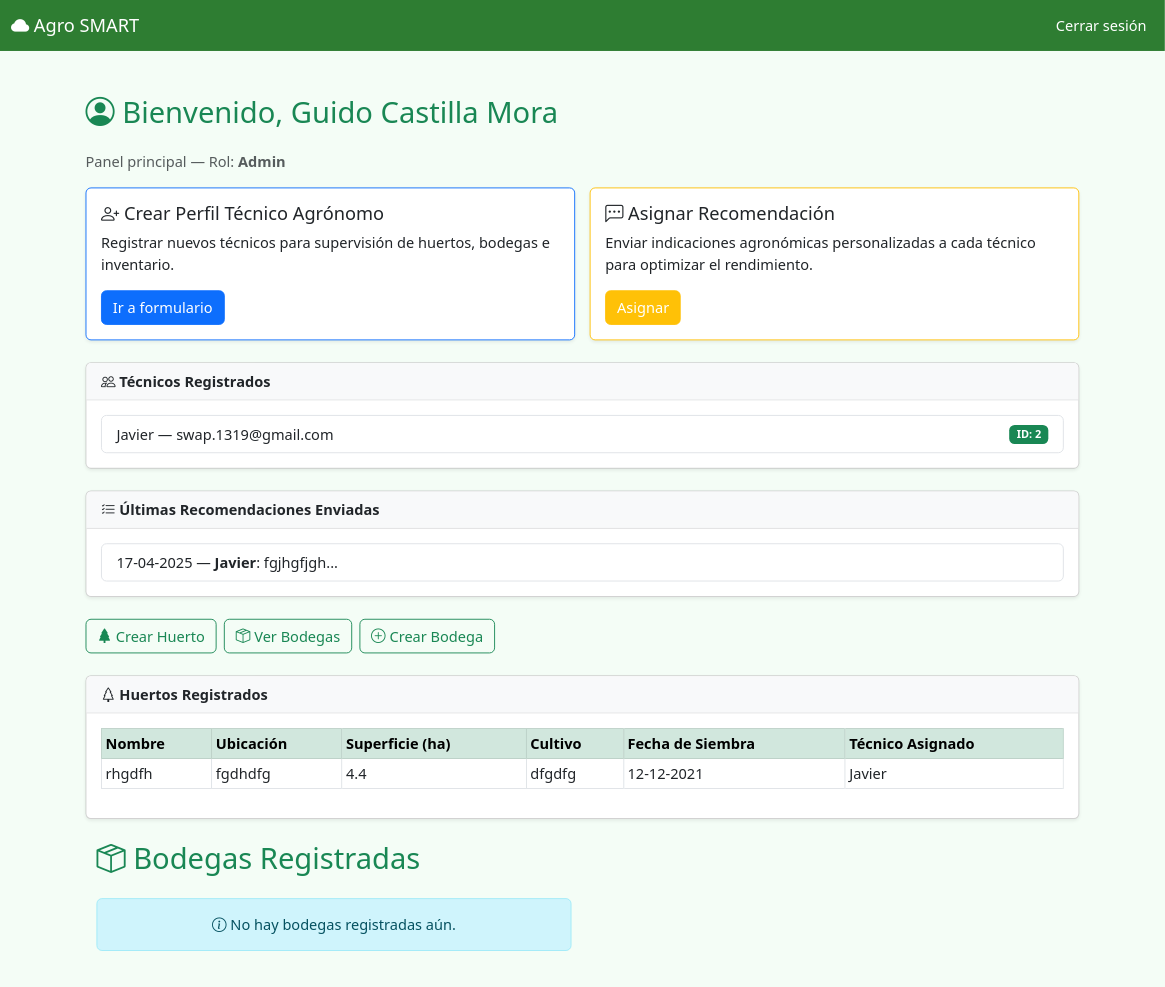
Repository: eikos4/Agrodeskv3
Page: http://localhost/dashboard
The author's editor kept a copy of each file at every save. The page is drawn from the files as they stood at one save, then again after the next save.
The browser window is 1280 px wide. The pictures show the whole page, at 91% of full size.
The page is served by the project's application, run on Flask 3 (app/__init__.py). The user the application loads for id 1 is signed in. Other server files are loaded and not shown. The page reads the database file committed with the project.

Above is the page before, as saved 2025-04-14 11:15:28.

### app/templates/dashboard.html
{% extends "base.html" %}

{% block title %}Panel Principal{% endblock %}

{% block content %}
<div class="container py-4">

  <!-- Título del panel -->
  <h2 class="mb-4 text-success">
    <i class="bi bi-person-circle"></i> Bienvenido, {{ current_user.name }}
  </h2>
  <p class="text-muted">Panel principal — Rol: <strong>{{ current_user.role|capitalize }}</strong></p>

  {% if notificaciones %}
  <!-- Notificaciones -->
  <div class="alert alert-light border-start border-4 border-success shadow-sm mb-4">
    <h5><i class="bi bi-bell-fill text-success"></i> Notificaciones</h5>
    <ul class="mb-0 ps-3">
      {% for n in notificaciones %}
        <li><strong>{{ n.titulo }}</strong> — {{ n.mensaje }} <small class="text-muted">({{ n.fecha.strftime('%d-%m-%Y') }})</small></li>
      {% endfor %}
    </ul>
  </div>
  {% endif %}

  <!-- Panel para Administradores -->
  {% if current_user.role == 'admin' %}
    <div class="row g-3 mb-4">
      <div class="col-md-6">
        <div class="card border-primary shadow-sm h-100">
          <div class="card-body">
            <h5 class="card-title"><i class="bi bi-person-plus"></i> Crear Perfil Técnico Agrónomo</h5>
            <p class="card-text">Registrar nuevos técnicos para supervisión de huertos, bodegas e inventario.</p>
            <a href="{{ url_for('admin.crear_tecnico') }}" class="btn btn-primary">Ir a formulario</a>
          </div>
        </div>
      </div>
      <div class="col-md-6">
        <div class="card border-warning shadow-sm h-100">
          <div class="card-body">
            <h5 class="card-title"><i class="bi bi-chat-left-dots"></i> Asignar Recomendación</h5>
            <p class="card-text">Enviar indicaciones agronómicas personalizadas a cada técnico para optimizar el rendimiento.</p>
            <a href="{{ url_for('admin.recomendar') }}" class="btn btn-warning text-white">Asignar</a>
          </div>
        </div>
      </div>
    </div>

    <!-- Técnicos Registrados -->
    <div class="card mb-4 shadow-sm">
      <div class="card-header bg-light">
        <strong><i class="bi bi-people"></i> Técnicos Registrados</strong>
      </div>
      <div class="card-body">
        <ul class="list-group">
          {% for tecnico in tecnicos %}
            <li class="list-group-item d-flex justify-content-between align-items-center">
              {{ tecnico.name }} — {{ tecnico.email }}
              <span class="badge bg-success">ID: {{ tecnico.id }}</span>
            </li>
          {% else %}
            <li class="list-group-item text-muted">No hay técnicos registrados aún.</li>
          {% endfor %}
        </ul>
      </div>
    </div>

    <!-- Últimas Recomendaciones -->
    <div class="card shadow-sm mb-4">
      <div class="card-header bg-light">
        <strong><i class="bi bi-list-check"></i> Últimas Recomendaciones Enviadas</strong>
      </div>
      <div class="card-body">
        <ul class="list-group">
          {% for r in ultimas_recomendaciones %}
            <li class="list-group-item">
              {{ r.fecha.strftime('%d-%m-%Y') }} — <strong>{{ r.tecnico.name }}</strong>: {{ r.contenido[:60] }}...
            </li>
          {% else %}
            <li class="list-group-item text-muted">Aún no se han enviado recomendaciones.</li>
          {% endfor %}
        </ul>
      </div>
    </div>

    <!-- Acciones Administrativas -->
    <div class="d-flex gap-2 mb-4">
      <a href="{{ url_for('admin.crear_huerto') }}" class="btn btn-outline-success">
        <i class="bi bi-tree-fill"></i> Crear Huerto
      </a>
      <a href="{{ url_for('admin.listar_bodegas') }}" class="btn btn-outline-success">
        <i class="bi bi-box-seam"></i> Ver Bodegas
      </a>
      <a href="{{ url_for('admin.crear_bodega') }}" class="btn btn-outline-success">
        <i class="bi bi-plus-circle"></i> Crear Bodega
      </a>
    </div>

    <!-- Huertos Registrados -->
    <div class="card mt-4 shadow-sm">
      <div class="card-header bg-light">
        <strong><i class="bi bi-tree"></i> Huertos Registrados</strong>
      </div>
      <div class="card-body">
        <div class="table-responsive">
          <table class="table table-bordered table-sm align-middle">
            <thead>
              <tr class="table-success">
                <th>Nombre</th>
                <th>Ubicación</th>
                <th>Superficie (ha)</th>
                <th>Cultivo</th>
                <th>Fecha de Siembra</th>
                <th>Técnico Asignado</th>
              </tr>
            </thead>
            <tbody>
              {% for h in huertos %}
              <tr>
                <td>{{ h.nombre }}</td>
                <td>{{ h.ubicacion }}</td>
                <td>{{ h.superficie_ha }}</td>
                <td>{{ h.tipo_cultivo }}</td>
                <td>{{ h.fecha_siembra.strftime('%d-%m-%Y') }}</td>
                <td>{{ h.responsable.name }}</td>
              </tr>
              {% else %}
              <tr><td colspan="6" class="text-muted">No hay huertos registrados.</td></tr>
              {% endfor %}
            </tbody>
          </table>
        </div>
      </div>
    </div>





  <!-- Panel para Técnicos -->
  {% elif current_user.role == 'tecnico' %}
    <div class="alert alert-success shadow-sm d-flex align-items-center mb-4">
      <i class="bi bi-megaphone fs-3 me-3"></i>
      <div>
        <h5 class="mb-1">Instrucciones Técnicas</h5>
        <p class="mb-0">Tu ingeniero agrónomo ha enviado las siguientes recomendaciones para tu gestión de campo.</p>
      </div>
    </div>

    <h4 class="text-success mb-3"><i class="bi bi-tree"></i> Mis Huertos</h4>
    <div class="row row-cols-1 row-cols-md-2 row-cols-lg-3 g-4">
      {% for h in huertos %}
      <div class="col">
        <div class="card border-success h-100 shadow-sm">
          <div class="card-header bg-success text-white">
            <h5 class="card-title mb-0"><i class="bi bi-tree-fill"></i> {{ h.nombre }}</h5>
          </div>
          <div class="card-body">
            <p><i class="bi bi-geo-alt-fill text-success"></i> <strong>Ubicación:</strong> {{ h.ubicacion }}</p>
            <p><i class="bi bi-flower2 text-success"></i> <strong>Cultivo:</strong> {{ h.tipo_cultivo }}</p>
            <p><i class="bi bi-rulers text-success"></i> <strong>Superficie:</strong> {{ h.superficie_ha }} ha</p>
            <p><i class="bi bi-calendar-check text-success"></i> <strong>Siembra:</strong> {{ h.fecha_siembra.strftime('%d-%m-%Y') }}</p>
          </div>
        </div>
      </div>
      {% else %}
      <div class="col-12">
        <div class="alert alert-info text-center">
          <i class="bi bi-info-circle"></i> No tienes huertos asignados aún.
        </div>
      </div>
      {% endfor %}
    </div>

    <!-- Recomendaciones Recientes -->
    <h4 class="text-success mb-3 mt-5"><i class="bi bi-clipboard-check"></i> Recomendaciones Recientes</h4>
    <div class="list-group shadow-sm">
      {% for r in recomendaciones %}
      <div class="list-group-item list-group-item-action border-start border-success border-4">
        <div class="d-flex w-100 justify-content-between">
          <h6 class="mb-1"><i class="bi bi-calendar-event text-success"></i> {{ r.fecha.strftime('%d-%m-%Y') }}</h6>
          {% if r.autor %}
          <small class="text-muted">Emitida por: {{ r.autor.name }}</small>
          {% endif %}
        </div>
        <p class="mb-1">📌 {{ r.contenido }}</p>
      </div>
      {% else %}
      <div class="list-group-item text-muted text-center">No tienes recomendaciones aún.</div>
      {% endfor %}
    </div>
  {% endif %}

  <!-- Bodegas Asignadas -->
  <div class="container mt-4">
    <h2 class="text-success mb-4"><i class="bi bi-box-seam"></i> Bodegas Registradas</h2>

    <div class="row row-cols-1 row-cols-md-2 g-4">
      {% for bodega in bodegas %}
      <div class="col">
        <div class="card border-success shadow-sm h-100">
          <div class="card-header bg-success text-white d-flex justify-content-between align-items-center">
            <strong><i class="bi bi-house-door-fill"></i> {{ bodega.nombre }}</strong>
            <small>{{ bodega.huerto.nombre }}</small>
          </div>
          <div class="card-body">
            <p><i class="bi bi-geo-alt-fill text-success"></i> <strong>Ubicación:</strong> {{ bodega.ubicacion or "No especificada" }}</p>
            <p><i class="bi bi-person-circle text-success"></i> <strong>Responsable:</strong> {{ bodega.responsable.name if bodega.responsable else 'Sin asignar' }}</p>
            <a href="{{ url_for('admin.ver_quimicos', bodega_id=bodega.id) }}" class="btn btn-outline-success btn-sm mt-2">
              {# <a href="{{ url_for('admin.ver_quimicos', bodega_id=bodega.id) }}">Ver químicos</a> #}

            </a>
          </div>
        </div>
      </div>
      {% else %}
      <div class="col-12">
        <div class="alert alert-info text-center">
          <i class="bi bi-info-circle"></i> No hay bodegas registradas aún.
        </div>
      </div>
      {% endfor %}
    </div>
  </div>

{% endblock %}

### app/templates/base.html
<!DOCTYPE html>
<html lang="es">
<head>
    <meta charset="UTF-8">
    <title>{% block title %}AgroSMART{% endblock %}</title>
    <meta name="viewport" content="width=device-width, initial-scale=1">

    <!-- Bootstrap 5 -->
    <link href="https://cdn.jsdelivr.net/npm/bootstrap@5.3.0/dist/css/bootstrap.min.css" rel="stylesheet">

    <!-- Iconos de Bootstrap -->
    <link href="https://cdn.jsdelivr.net/npm/bootstrap-icons@1.10.5/font/bootstrap-icons.css" rel="stylesheet">

    <style>
        body {
            background-color: #f4fdf6;
        }
        .navbar-agro {
            background-color: #2e7d32; /* Verde oscuro */
        }
        .navbar-agro .nav-link,
        .navbar-agro .navbar-brand {
            color: #ffffff !important;
        }
        .navbar-agro .nav-link:hover {
            color: #c8e6c9 !important;
        }
        .btn-agro {
            background-color: #43a047;
            color: white;
        }
        .btn-agro:hover {
            background-color: #388e3c;
        }
    </style>
</head>
<body>

<nav class="navbar navbar-expand-lg navbar-agro">
  <div class="container-fluid">
    <a class="navbar-brand" href="{{ url_for('main.index') }}">
        <i class="bi bi-cloud-fill"></i> Agro SMART
    </a>
    <button class="navbar-toggler" type="button" data-bs-toggle="collapse" data-bs-target="#navbarNav">
      <span class="navbar-toggler-icon"></span>
    </button>
    <div class="collapse navbar-collapse justify-content-end" id="navbarNav">
      <ul class="navbar-nav">
        {% if current_user.is_authenticated %}
          <li class="nav-item">
            <a class="nav-link" href="{{ url_for('auth.logout') }}">Cerrar sesión</a>
          </li>
        {% endif %}
      </ul>
    </div>
  </div>
</nav>

<div class="container mt-4">
  {% with messages = get_flashed_messages(with_categories=true) %}
    {% if messages %}
      {% for category, message in messages %}
        <div class="alert alert-{{ category }} alert-dismissible fade show" role="alert">
          {{ message }}
          <button type="button" class="btn-close" data-bs-dismiss="alert" aria-label="Close"></button>
        </div>
      {% endfor %}
    {% endif %}
  {% endwith %}

  {% block content %}{% endblock %}
</div>

<!-- Bootstrap JS (opcional para alertas, menú móvil, etc.) -->
<script src="https://cdn.jsdelivr.net/npm/bootstrap@5.3.0/dist/js/bootstrap.bundle.min.js"></script>
</body>
</html>

### app/__init__.py
from flask import Flask, render_template
from flask_sqlalchemy import SQLAlchemy
from flask_login import LoginManager
from flask_migrate import Migrate
import os

db = SQLAlchemy()
login_manager = LoginManager()
migrate = Migrate()

def create_app():
    app = Flask(__name__)

    # Cargar la configuración del objeto Config definido en config.py.
    # Se recomienda usar variables de entorno para datos sensibles.
    app.config.from_object('config.Config')

    # Inicializar extensiones
    db.init_app(app)
    login_manager.init_app(app)
    migrate.init_app(app, db)

    # Configurar el login manager
    login_manager.login_view = "auth.login"        # Ruta o endpoint de la página de login
    login_manager.login_message_category = "info"   # Categoría para mensajes flash

    # Importar los modelos después de inicializar las extensiones para evitar ciclos
    from app.models import User

    @login_manager.user_loader
    def load_user(user_id):
        return User.query.get(int(user_id))

    # Registro de Blueprints
    from .routes.auth import auth_bp
    from .routes.admin import admin_bp
    from .routes.tecnico import tecnico_bp  # type: ignore
    from .routes.main import main_bp

    app.register_blueprint(auth_bp)
    app.register_blueprint(admin_bp)
    app.register_blueprint(tecnico_bp)
    app.register_blueprint(main_bp)

    # Registro de manejadores de errores personalizados
    @app.errorhandler(404)
    def not_found_error(error):
        return render_template("404.html"), 404

    @app.errorhandler(500)
    def internal_error(error):
        # Rollback de la sesión si ocurre un error interno para evitar bloqueos de transacciones
        db.session.rollback()
        return render_template("500.html"), 500

    return app

### app/routes/main.py
from flask import Blueprint, render_template

from app.models import User, Recomendacion, Huerto
from app.models import Bodega

from flask_login import login_required, current_user

main_bp = Blueprint('main', __name__)

@main_bp.route('/')
def index():
    return render_template('index.html')




@main_bp.route('/dashboard')
@login_required
def dashboard():
    if current_user.role == "admin":
        tecnicos = User.query.filter_by(role="tecnico").all()
        ultimas_recomendaciones = Recomendacion.query.order_by(Recomendacion.fecha.desc()).limit(5).all()
        huertos = Huerto.query.order_by(Huerto.fecha_siembra.desc()).all()
        return render_template(
            "dashboard.html",
            tecnicos=tecnicos,
            ultimas_recomendaciones=ultimas_recomendaciones,
            huertos=huertos
        )
    else:
        recomendaciones = Recomendacion.query.filter_by(tecnico_id=current_user.id).order_by(Recomendacion.fecha.desc()).limit(5).all()
        huertos = Huerto.query.filter_by(responsable_id=current_user.id).order_by(Huerto.fecha_siembra.desc()).all()
        bodegas = Bodega.query.filter_by(responsable_id=current_user.id).all()
        return render_template(
            "dashboard.html",
            recomendaciones=recomendaciones,
            huertos=huertos,
            bodegas=bodegas  # ✅ ahora se pasan las bodegas al template
        )

### instance/agrocloud.db (the tables this page reads, as SQL)
CREATE TABLE huertos (
	id INTEGER NOT NULL, 
	nombre VARCHAR(100) NOT NULL, 
	ubicacion VARCHAR(200), 
	superficie_ha FLOAT, 
	tipo_cultivo VARCHAR(100), 
	fecha_siembra DATE, 
	responsable_id INTEGER, 
	created_at DATETIME, 
	updated_at DATETIME, 
	PRIMARY KEY (id), 
	FOREIGN KEY(responsable_id) REFERENCES users (id)
);
INSERT INTO "huertos" VALUES
(1, 'rhgdfh', 'fgdhdfg', 4.4, 'dfgdfg', '2021-12-12', 2, '2025-04-17 23:33:06.089359', '2025-04-17 23:33:06.089369');

CREATE TABLE recomendacion (
	id INTEGER NOT NULL, 
	contenido TEXT NOT NULL, 
	fecha DATETIME, 
	categoria VARCHAR(100), 
	estado VARCHAR(20), 
	adjunto VARCHAR(200), 
	tecnico_id INTEGER, 
	autor_id INTEGER, 
	PRIMARY KEY (id), 
	FOREIGN KEY(autor_id) REFERENCES users (id), 
	FOREIGN KEY(tecnico_id) REFERENCES users (id)
);
INSERT INTO "recomendacion" VALUES
(1, 'fgjhgfjgh', '2025-04-17 23:45:08.317837', NULL, 'pendiente', NULL, 2, NULL);

CREATE TABLE users (
	id INTEGER NOT NULL, 
	name VARCHAR(100) NOT NULL, 
	email VARCHAR(150) NOT NULL, 
	password VARCHAR(200) NOT NULL, 
	role VARCHAR(20) NOT NULL, 
	created_by INTEGER, 
	created_at DATETIME, 
	updated_at DATETIME, 
	PRIMARY KEY (id), 
	FOREIGN KEY(created_by) REFERENCES users (id)
);
INSERT INTO "users" VALUES
(1, 'Guido Castilla Mora', 'guido@agrocloud.cl', 'scrypt:32768:8:1$UcWMlIv4oViOaPQj$4d5777988d157cd96fb4feac4110ea1bd0b5c715f32791a37922e6941c228e9e4a723003b095e46d76f2f310074ab29ee94bd776404a8144e13cb43c19d4e559', 'admin', NULL, '2025-04-17 23:16:18.435664', '2025-04-17 23:16:18.435670'),
(2, 'Javier', 'swap.1319@gmail.com', 'scrypt:32768:8:1$6y2Fs4lw9H8hl7u6$885c992452306bc98f13c96bcb742ceadf1163ed18b430c5432c8e8348a8c488ac66ad511bedece8ab926819446097d01a13d8a0e0b2642220f0106ab8d197e6', 'tecnico', 1, '2025-04-17 23:17:48.669882', '2025-04-17 23:18:13.070963');

After the next save:
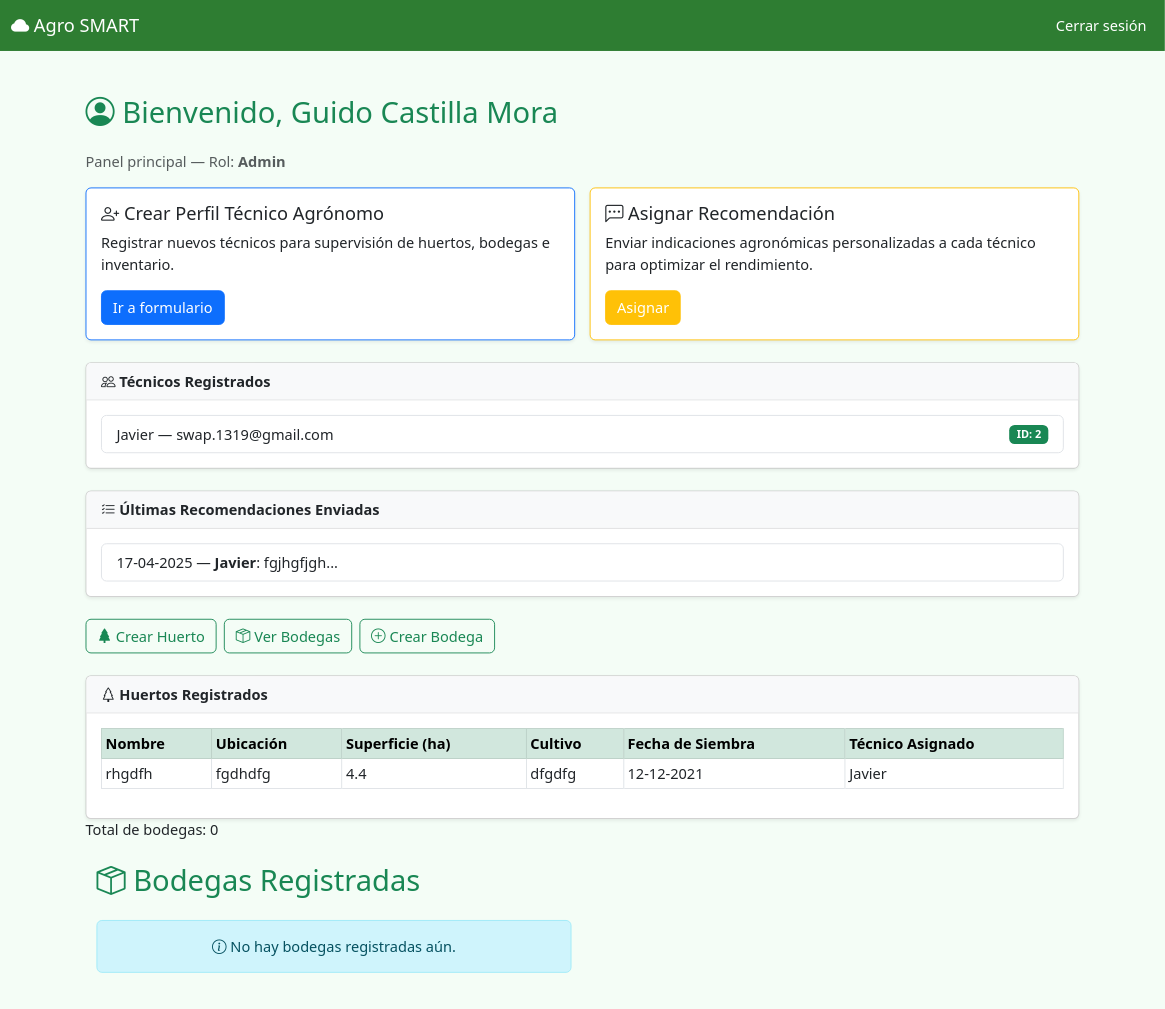
Saved 52 s later.
--- a/app/templates/dashboard.html
+++ b/app/templates/dashboard.html
@@ -133,6 +133,9 @@
       </div>
     </div>
 
+    <p>Total de bodegas: {{ bodegas|length }}</p>
+
+
 
 
 
